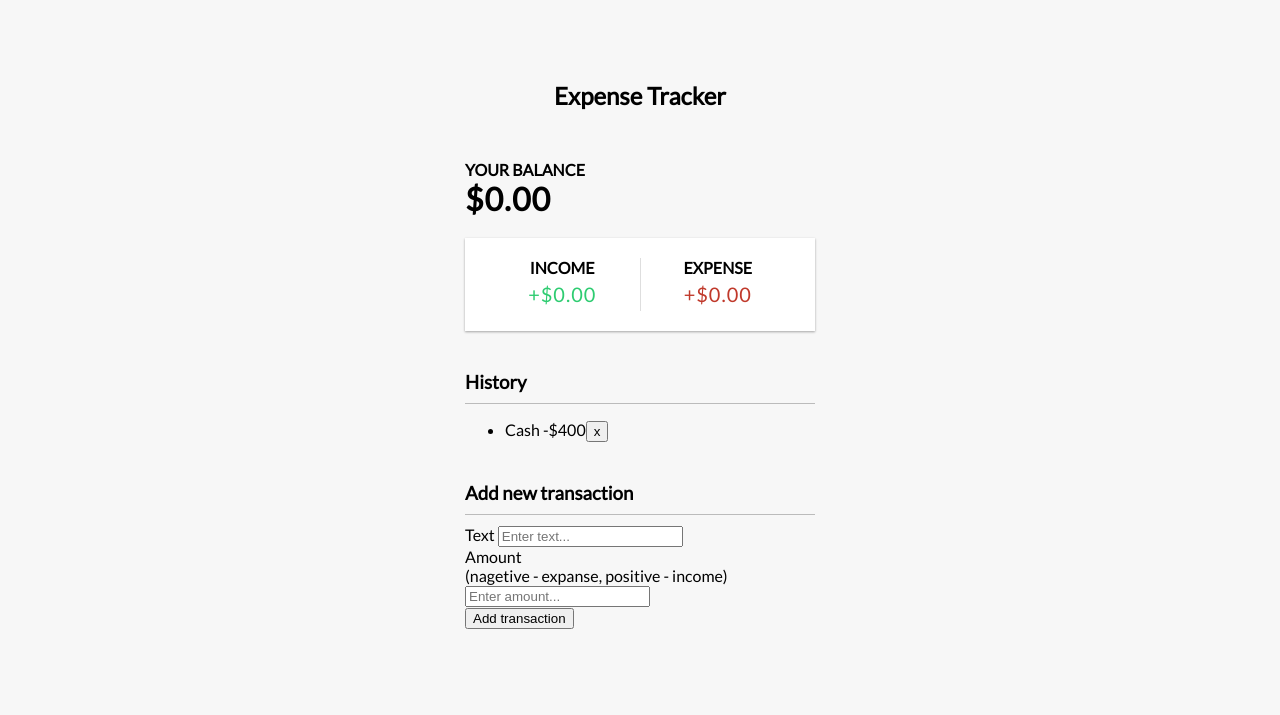
Repository: Youvelop/expenseTracker
Page: index.html
An editor plug-in stored every save of this project. The page is shown before and after the next save, followed by the edit.
The browser window is 1280 px wide. The pictures show the whole page.

Above is the page before, as saved 2020-06-30 12:52:38.

After the next save:
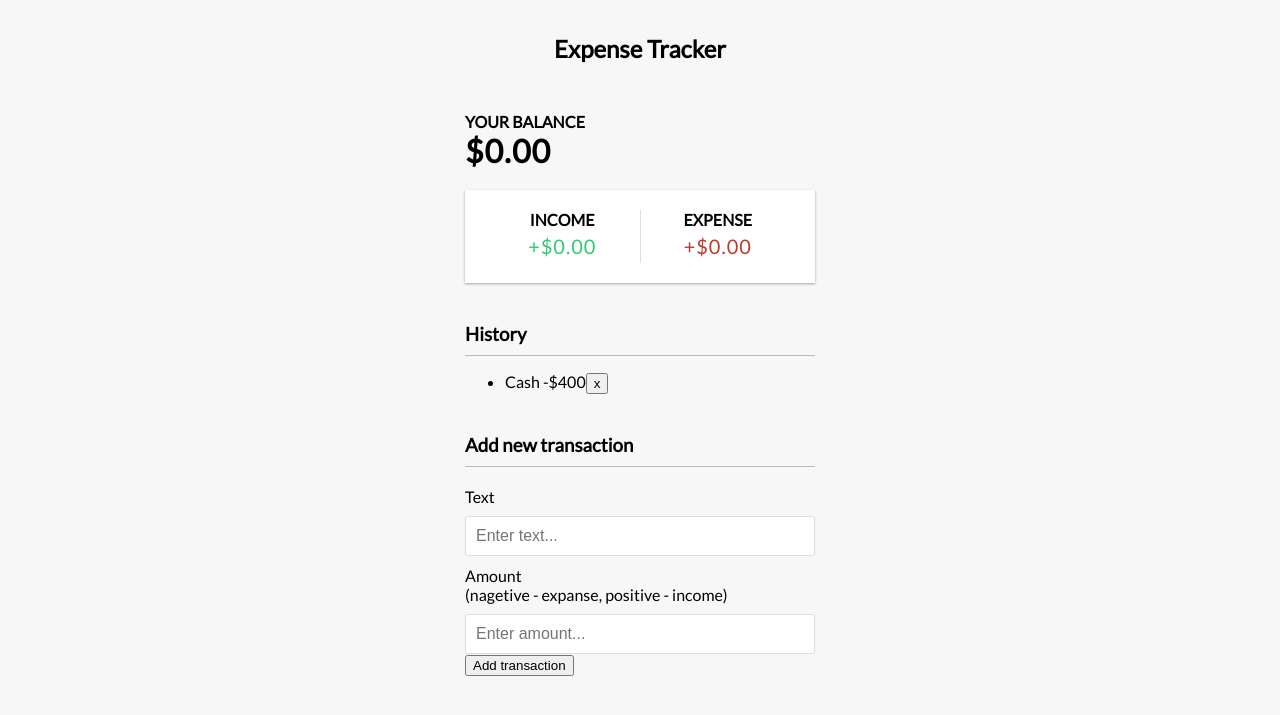
Saved 107 s later.
--- a/style.css
+++ b/style.css
@@ -69,3 +69,18 @@ h4 {
 .money.minus {
   color: #c0392b;
 }
+
+label {
+  display: inline-block;
+  margin: 10px 0;
+}
+
+input[type='text'],
+input[type='number'] {
+  border: 1px solid #dedede;
+  border-radius: 2px;
+  display: block;
+  font-size: 16px;
+  padding: 10px;
+  width: 100%;
+}
